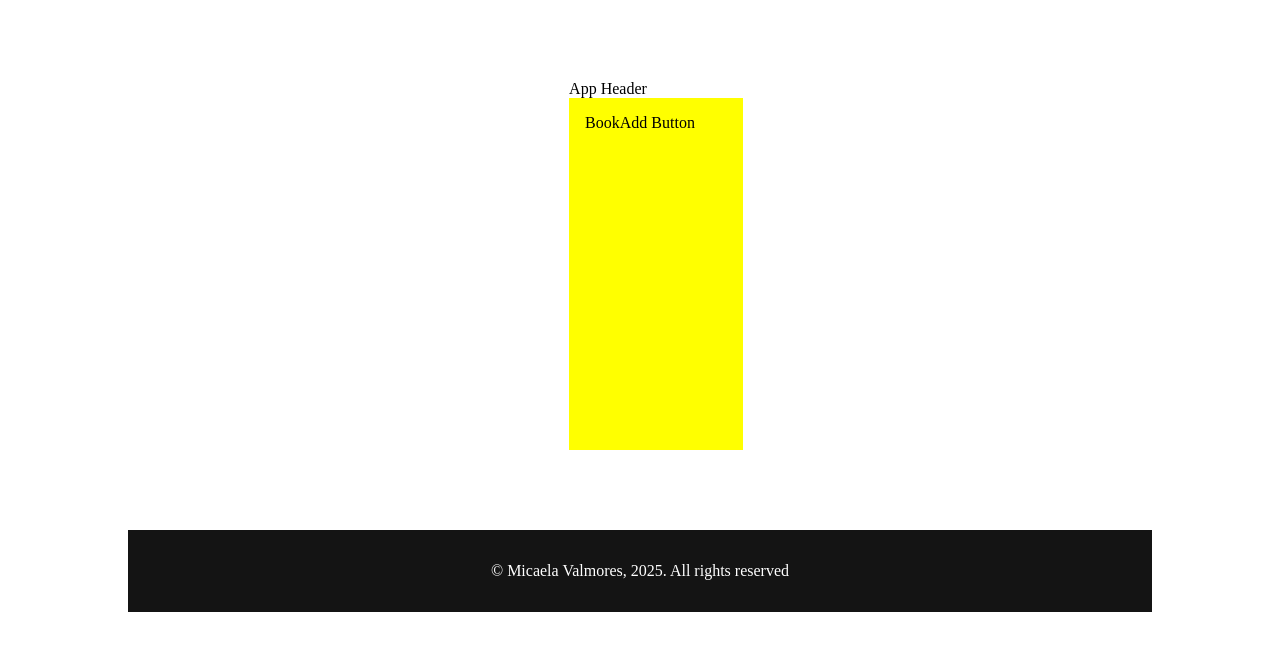
Repository: Micaelavalmores/COMP3170-Data-Fetching
Page: /
An editor plug-in stored every save of this project. The page is shown before and after the next save, followed by the edit.
The browser window is 1280 px wide. The pictures show the whole page.
The project was rebuilt for these pictures with package versions that can differ from the ones it lists, and the page was loaded fresh each time. Also part of the build but not shown: vite.config.js.

Above is the page before, as saved 2025-09-22 17:58:55.

After the next save:
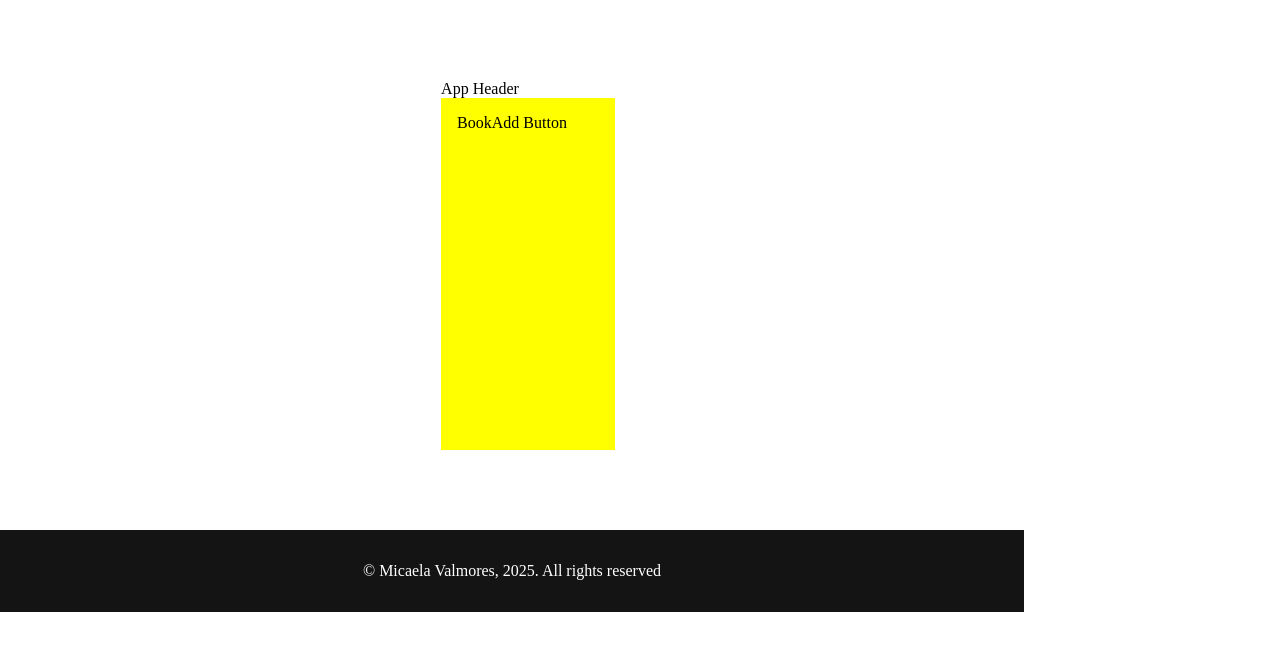
Saved 10 s later.
--- a/src/index.css
+++ b/src/index.css
@@ -6,7 +6,7 @@
   display: flex;
   flex-direction: column;
   width: 80%;
-  margin: 0 auto;
+  /* margin: 0 auto; */
   background: #fff;
   min-height: 100%;
   justify-content: space-between;

After the save that followed:
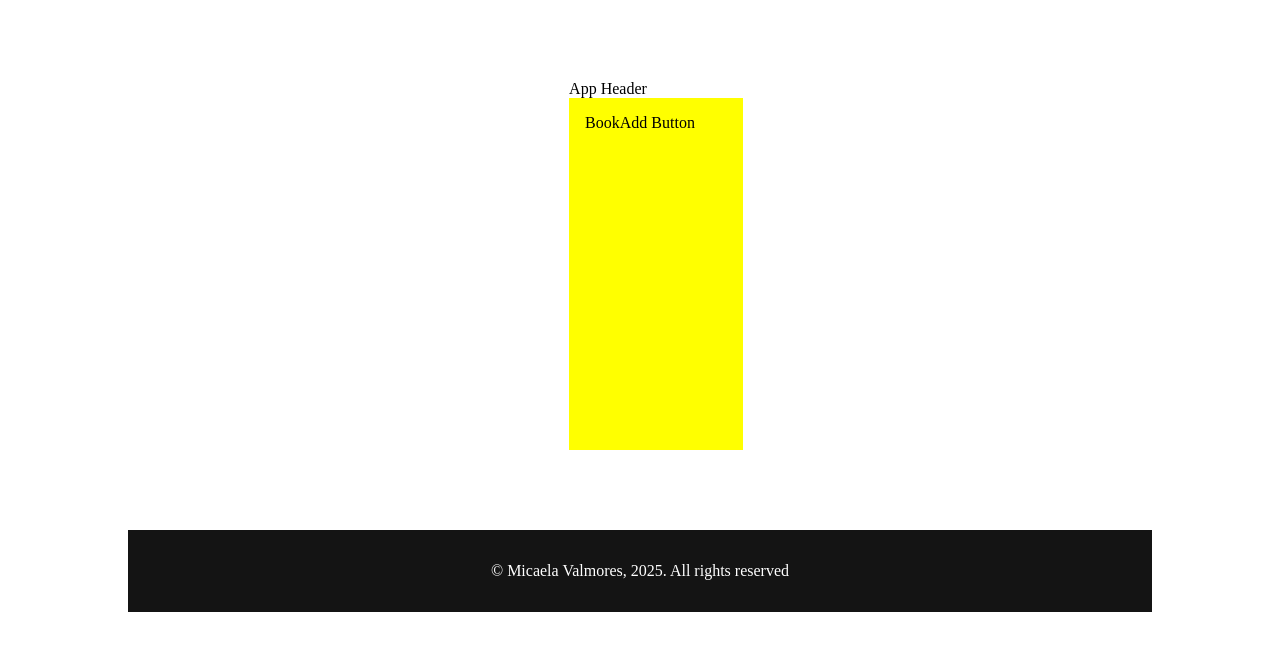
Saved 4 s later.
--- a/src/index.css
+++ b/src/index.css
@@ -6,7 +6,7 @@
   display: flex;
   flex-direction: column;
   width: 80%;
-  /* margin: 0 auto; */
+  margin: 0 auto;
   background: #fff;
   min-height: 100%;
   justify-content: space-between;
